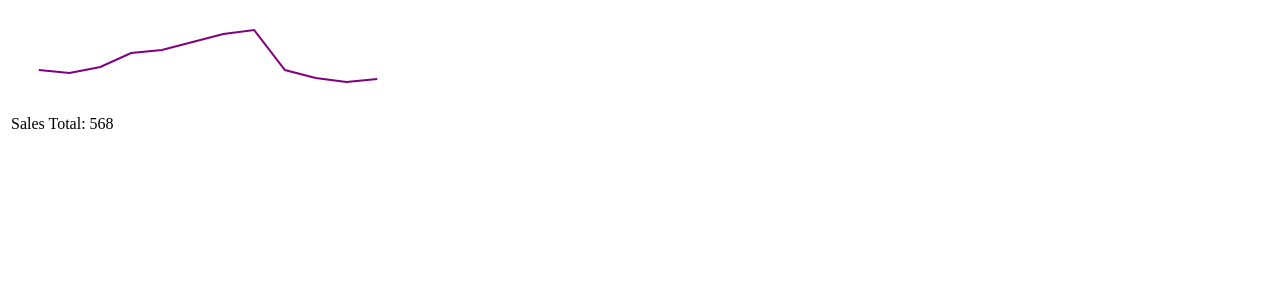
Repository: lululand/d3-dataviz
Page: working-with-csv-3.html
The author's editor kept a record of every edit. The page is drawn from the files as they stood at one moment, then again after the next edit.
The browser window is 1280 px wide. The pictures show the whole page.

Above is the page before.

After the next edit:
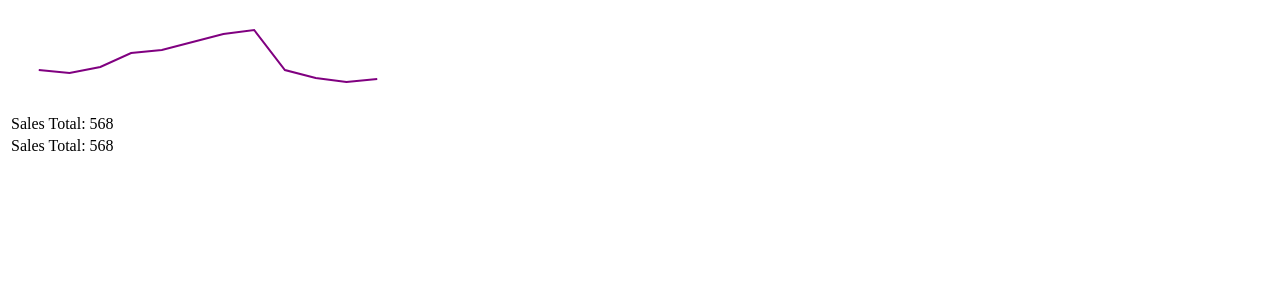
The edit:
--- a/working-with-csv-3.html
+++ b/working-with-csv-3.html
@@ -49,7 +49,7 @@
 
           // add the total
           var tr = t.selectAll("tr")
-          .data([1])
+          .data(metrics)
           .enter()
           .append("tr")
           .append("td")
